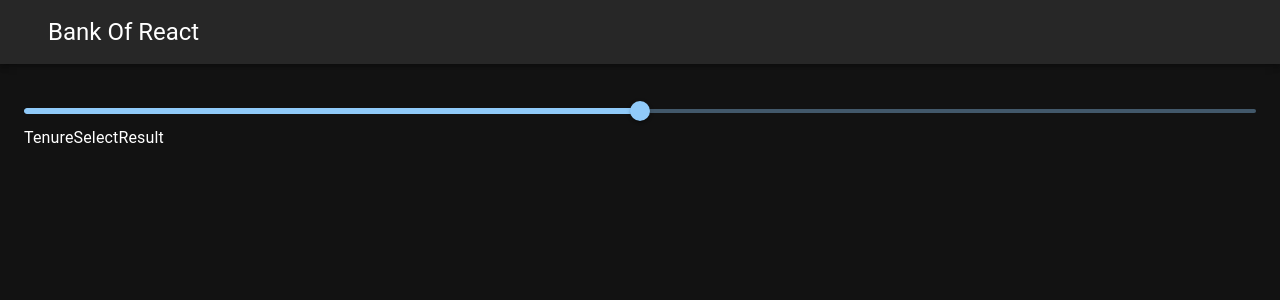
Repository: MikeeBuilds/mortgage-calculator
Page: /
An editor plug-in stored every save of this project. The page is shown before and after the next save, followed by the edit.
The browser window is 1280 px wide. The pictures show the whole page.
The project was rebuilt for these pictures with package versions that can differ from the ones it lists, and the page was loaded fresh each time.

Above is the page before, as saved 2023-04-03 18:30:26.

After the next save:
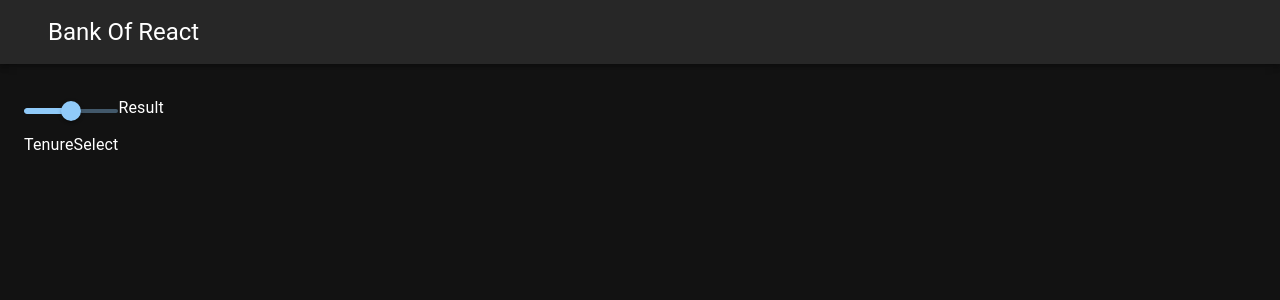
Saved 39 s later.
--- a/src/App.js
+++ b/src/App.js
@@ -13,14 +13,14 @@ function App() {
         <Grid container>
 
           <Grid item>
+        <SliderSelect />
+        <TenureSelect />
 
           </Grid>
           <Grid item>
 
           </Grid>
 
-        <SliderSelect />
-        <TenureSelect />
         <Result />
         </Grid>
       </Container>
